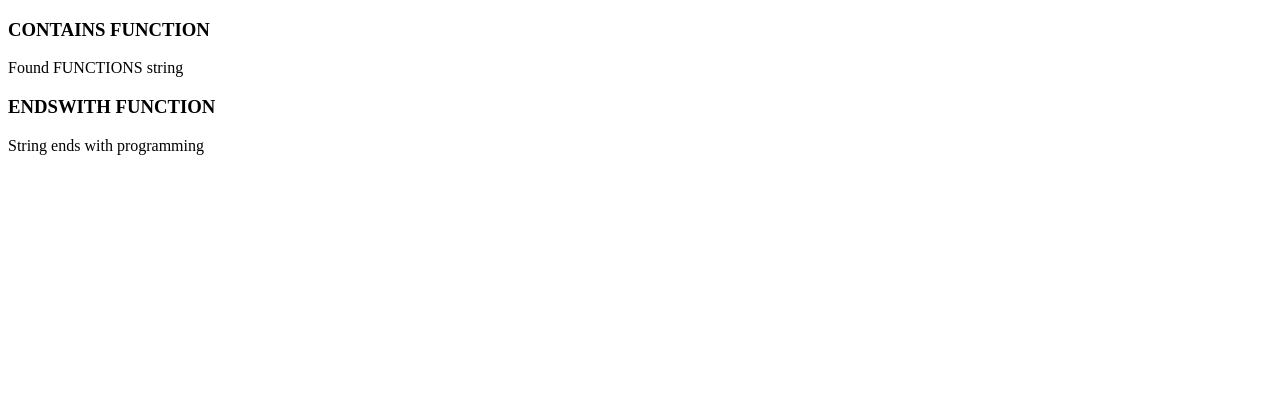
Repository: Siddhant1401/Aurionpro-J2EE
Page: http://localhost/04-JSTL-Tags/JSTLFunctions.jsp
An editor plug-in stored every save of this project. The page is shown before and after a run of saves, followed by the edit.
The browser window is 1280 px wide. The pictures show the whole page.
The page is served by Tomcat 9.

Above is the page before, as saved 2023-10-13 04:54:34.

After the next 2 saves:
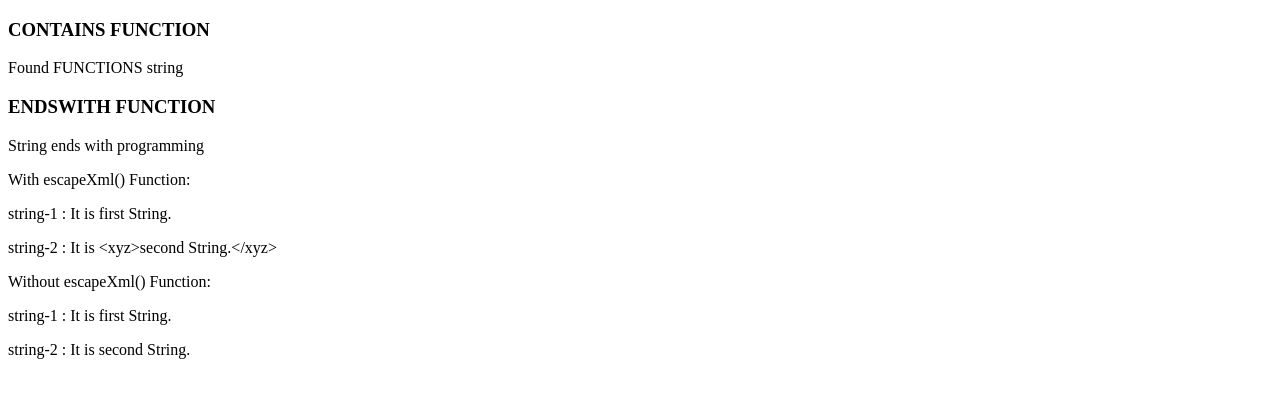
The 2 saves are shown as one change because they came seconds apart.
The last was saved 57 s later.
--- a/04-JSTL-Tags/WebContent/JSTLFunctions.jsp
+++ b/04-JSTL-Tags/WebContent/JSTLFunctions.jsp
@@ -36,6 +36,15 @@
 		<p>
 	</c:if>
 
+	<c:set var="string1" value="It is first String." />
+	<c:set var="string2" value="It is <xyz>second String.</xyz>" />
 
+	<p>With escapeXml() Function:</p>
+	<p>string-1 : ${fn:escapeXml(string1)}</p>
+	<p>string-2 : ${fn:escapeXml(string2)}</p>
+
+	<p>Without escapeXml() Function:</p>
+	<p>string-1 : ${string1}</p>
+	<p>string-2 : ${string2}</p>
 </body>
 </html>
